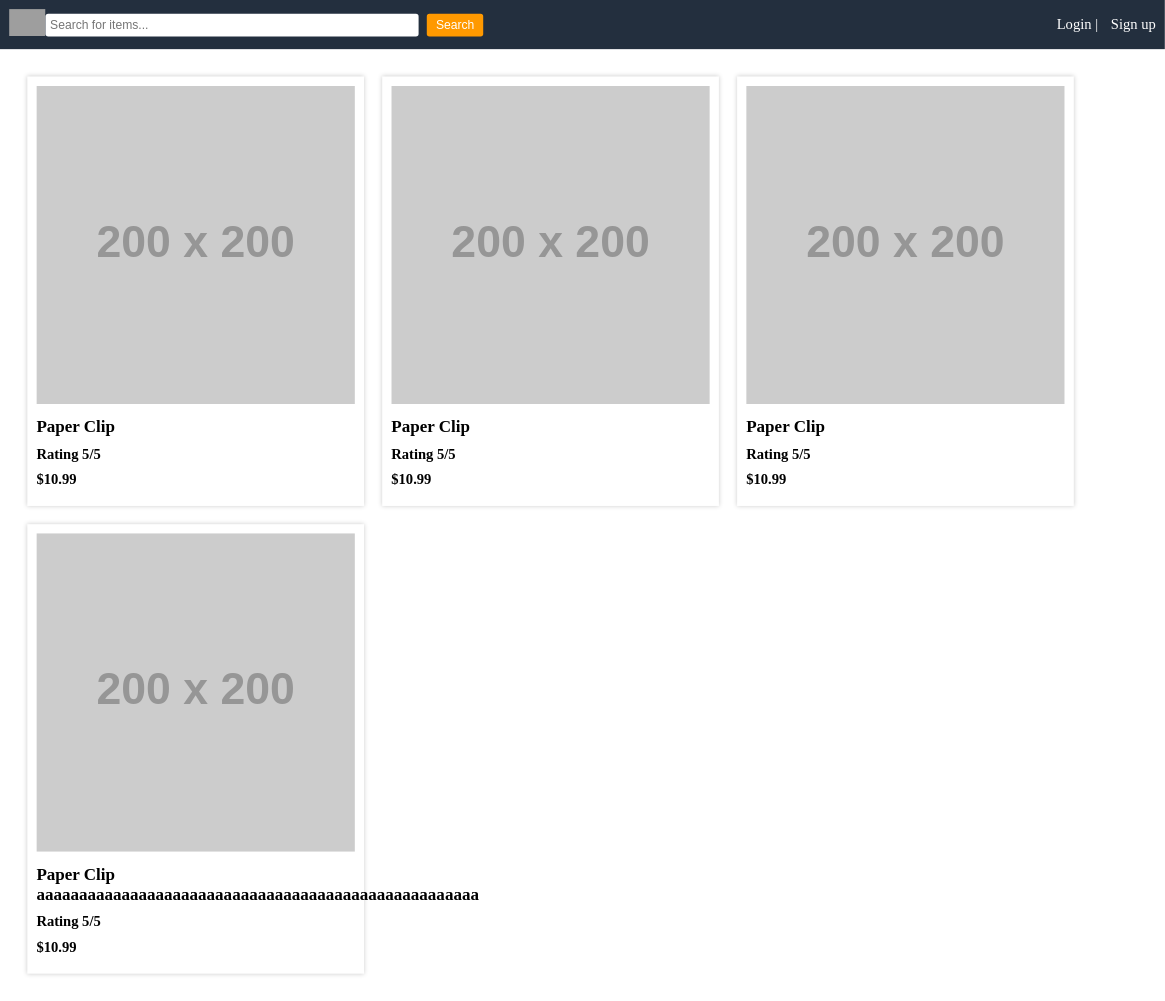
Repository: Minh-John-Le/OfficeSupplyDepot
Page: OfficeSupplyDepotServlet/src/main/webapp/MainPage.html
These files come from the project's save history. The page is drawn as it stood at one moment and after the next save; the edit follows.
The browser window is 1280 px wide. The pictures show the whole page, at 91% of full size.
Pictures or frames that could not be fetched are drawn as grey boxes.

Above is the page before, as saved 2023-03-13 06:35:16.

After the next save:
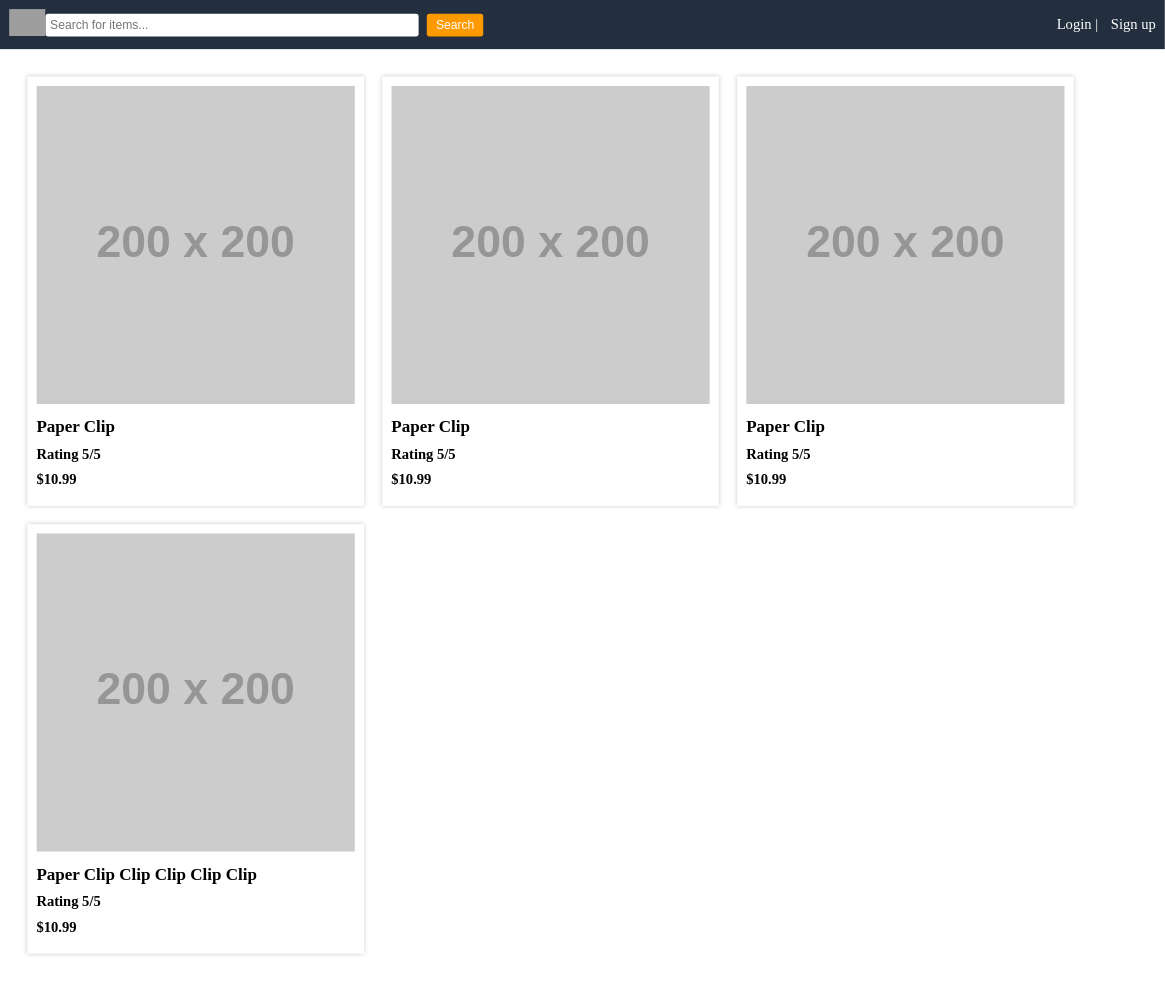
Saved 35 s later.
--- a/OfficeSupplyDepotServlet/src/main/webapp/MainPage.html
+++ b/OfficeSupplyDepotServlet/src/main/webapp/MainPage.html
@@ -39,7 +39,7 @@
 		</div>
 		<div class="item-box">
 			<img src="https://dummyimage.com/200x200/000/fff&text=Paperclips">
-			<h3>Paper Clip aaaaaaaaaaaaaaaaaaaaaaaaaaaaaaaaaaaaaaaaaaaaaaaaaaaa</h3>
+			<h3>Paper Clip Clip Clip Clip Clip</h3>
 			<p>Rating 5/5</p>
 			<p>$10.99</p>
 		</div>
